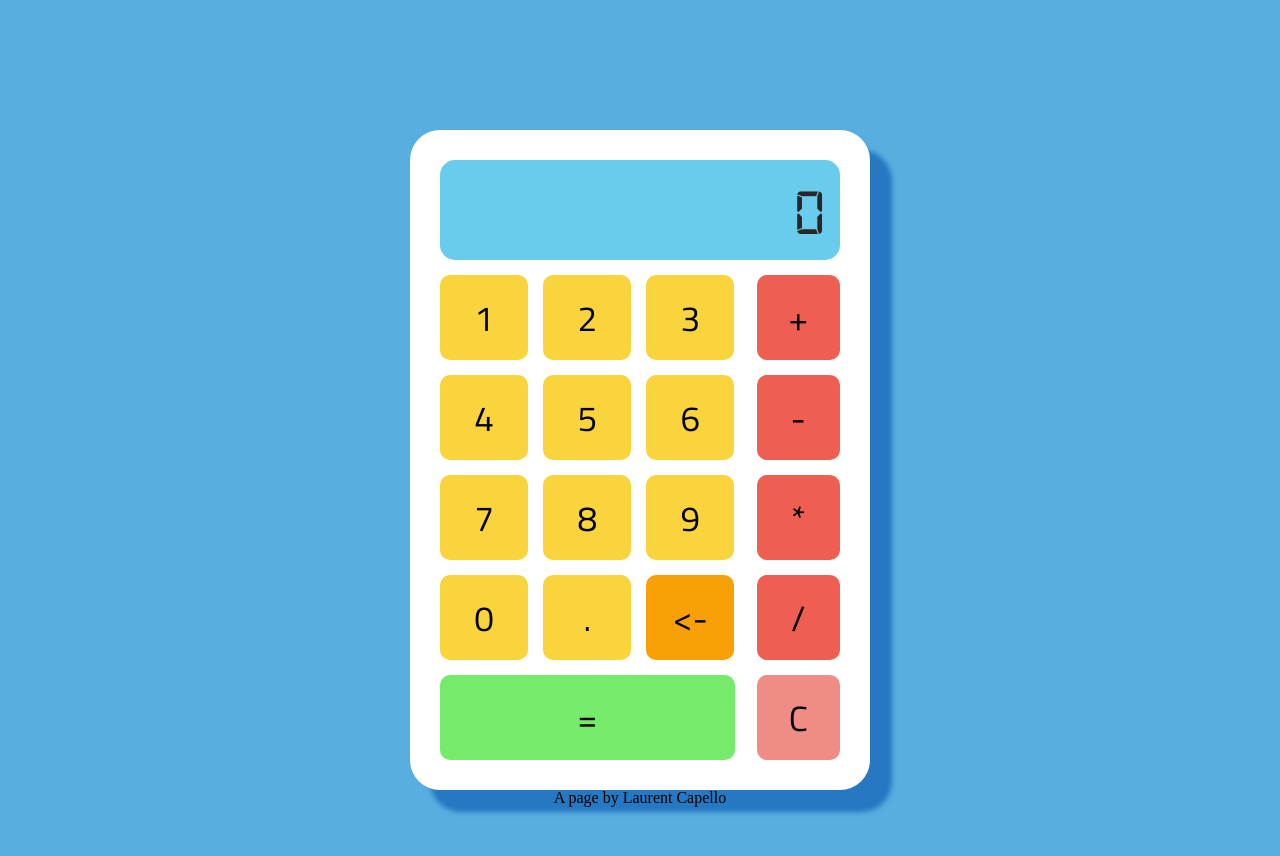
Repository: sokafootball/js-calculator
Page: index.html
These files come from the project's save history. The page is drawn as it stood at one moment and after the next save; the edit follows.
The browser window is 1280 px wide. The pictures show the whole page.

Above is the page before, as saved 2020-05-07 18:39:11.

After the next save:
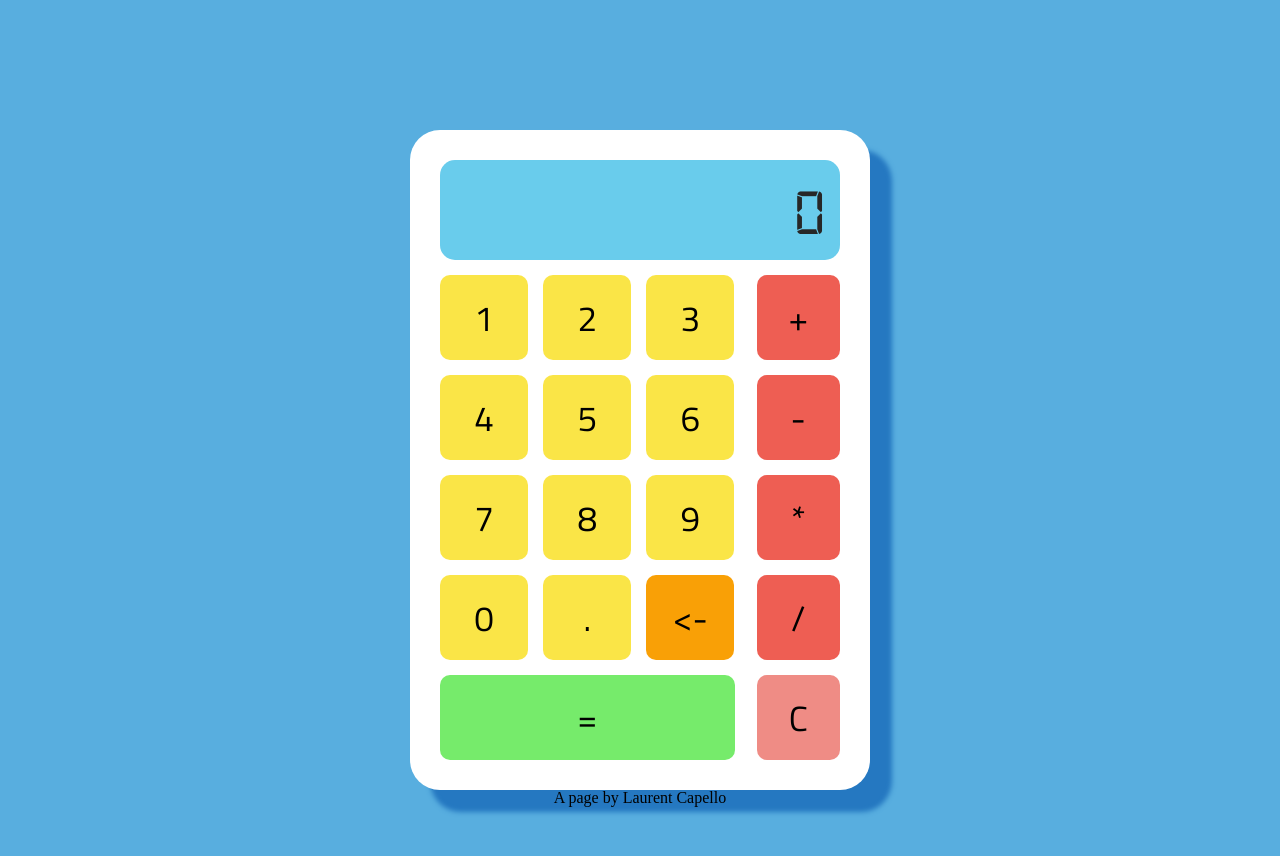
Saved 4 min 52 s later.
--- a/style.css
+++ b/style.css
@@ -97,7 +97,7 @@ button{
 }
 
 .num-button, #decimal-button{
-  background-color: hsl(48, 95%, 61%);
+  background-color: hsl(53, 95%, 63%);
 }
 /*
 #operators{
